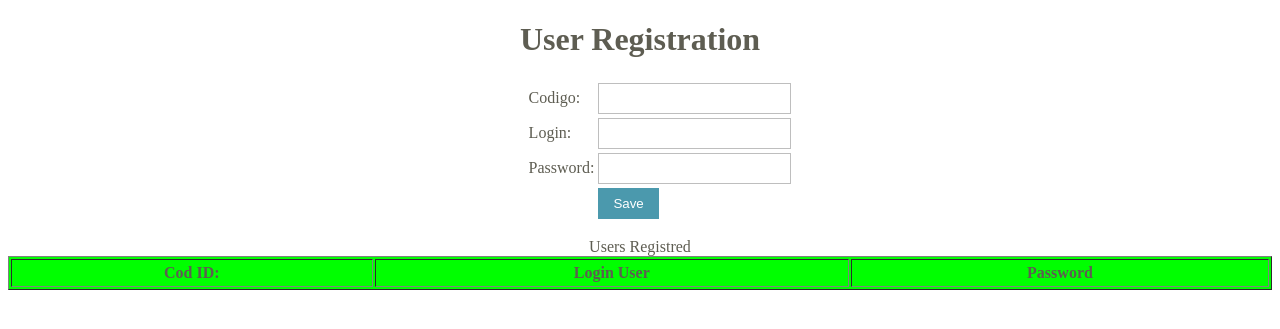
Repository: ViniciusBeletella/project-jsp
Page: http://localhost/project-jsp/userRegistration.jsp
The author's editor kept a copy of each file at every save. The page is drawn from the files as they stood at one save, then again after the next save.
The browser window is 1280 px wide. The pictures show the whole page.
The page is served by Tomcat 9. Other server files are loaded and not shown.

Above is the page before, as saved 2019-12-20 23:46:46.

### project-jsp/WebContent/userRegistration.jsp
<%@ page language="java" contentType="text/html; charset=UTF-8"
	pageEncoding="UTF-8"%>
<%@ taglib uri="http://java.sun.com/jsp/jstl/core" prefix="c"%>
<!DOCTYPE html>
<html>
<head>
<meta charset="UTF-8">
<title>User Registration</title>
<link rel="stylesheet" href="resources/css/registration.css">
</head>
<body>

	<center>
		<h1>User Registration</h1>
	</center>
	</tr>
	<tr></tr>
	<tr>
		<center>
			<form action="saveUser" method="post">
				<ul class="form-style-1">
					<li>
						<table>
							<tr>
								<td>Codigo:</td>
								<td><input type="text" readonly="readonly" id="id"
									name="id" value="${user.id}"></td>
							</tr>
							<tr>
								<td>Login:</td>
								<td><input type="text" id="login" name="login"
									value="${user.login}"></td>
							</tr>

							<tr>
								<td>Password:</td>
								<td><input type="password" id="password" name="password"
									value="${user.password}"></td>
							</tr>
							<tr>
								<td></td>
								<td><input type="submit" value="Save"></td>
							</tr>
						</table>
					</li>
				</ul>
			</form>
		</center>

		<table border="1" width="100%" height="100%" cellpadding="4"bgcolor="#00FF00">
				<caption>Users Registred</caption>
				<tr>
				<th>Cod ID:</th>
				<th>Login User</th>
				<th>Password</th>
			</tr>
			<c:forEach items="${users}" var="userL">
				<tr>
					<td style="width: 150px"><c:out value="${userL.id}"></c:out></td>
					<td style="width: 150px"><c:out value="${userL.login}"></c:out></td>
					<td style="width: 150px"><c:out value="${userL.password}"></c:out></td>
					<td><c:out value="${user.password}"></c:out></td>
					<td><a href="saveUser?acao=delete&user=${userL.login}">Delete</a>
					</td>
					<td><a href="saveUser?acao=edit&user=${userL.login}">Edit</a></td>

				</tr>

			</c:forEach>
		</table>

</body>
</html>

### project-jsp/WebContent/resources/css/registration.css

<style type="text/css">
.form-style-1 {
	margin:10px auto;
	max-width: 400px;
	text-align:center;
	padding: 20px 12px 10px 20px;
	font: 13px "Lucida Sans Unicode", "Lucida Grande", sans-serif;
}
.form-style-1 li {
	padding: 0;
	display: block;
	list-style: none;
	margin: 10px 0 0 0;
}
.form-style-1 label{
	margin:0 0 3px 0;
	padding:0px;
	text-align:center;
	display:block;
	font-weight: bold;
}
.form-style-1 input[type=text],
.form-style-1 input[type=password],
.form-style-1 input[type=date],
.form-style-1 input[type=datetime],
.form-style-1 input[type=number],
.form-style-1 input[type=search],
.form-style-1 input[type=time],
.form-style-1 input[type=url],
.form-style-1 input[type=email],
textarea,
select{
	box-sizing: border-box;
	-webkit-box-sizing: border-box;
	-moz-box-sizing: border-box;
	border:1px solid #BEBEBE;
	padding: 7px;
	margin:0px;
	-webkit-transition: all 0.30s ease-in-out;
	-moz-transition: all 0.30s ease-in-out;
	-ms-transition: all 0.30s ease-in-out;
	-o-transition: all 0.30s ease-in-out;
	outline: none;
}
.form-style-1 input[type=text]:focus,
.form-style-1 input[type=password]:focus,
.form-style-1 input[type=date]:focus,
.form-style-1 input[type=datetime]:focus,
.form-style-1 input[type=number]:focus,
.form-style-1 input[type=search]:focus,
.form-style-1 input[type=time]:focus,
.form-style-1 input[type=url]:focus,
.form-style-1 input[type=email]:focus,
.form-style-1 textarea:focus,
.form-style-1 select:focus{
	-moz-box-shadow: 0 0 8px #88D5E9;
	-webkit-box-shadow: 0 0 8px #88D5E9;
	box-shadow: 0 0 8px #88D5E9;
	border: 1px solid #88D5E9;
}
.form-style-1 .field-divided{
	width: 49%;
}

.form-style-1 .field-long{
	width: 100%;
}
.form-style-1 .field-select{
	width: 100%;
}
.form-style-1 .field-textarea{
	height: 100px;
}
.form-style-1 input[type=submit], .form-style-1 input[type=button]{
	background: #4B99AD;
	padding: 8px 15px 8px 15px;
	border: none;
	color: #fff;
}
.form-style-1 input[type=submit]:hover, .form-style-1 input[type=button]:hover{
	background: #4691A4;
	box-shadow:none;
	-moz-box-shadow:none;
	-webkit-box-shadow:none;
}
.form-style-1 .required{
	color:red;
}
$bp-maggie: 15em;
$bp-lisa: 30em;
$bp-bart: 48em;
$bp-marge: 62em;
$bp-homer: 75em;


* {
 @include box-sizing(border-box);

 &:before,
 &:after {
   @include box-sizing(border-box);
 }
}

body {
  font-family: $helvetica;
  color: rgba(94,93,82,1);
}

a {
  color: rgba(51,122,168,1);

  &:hover,
  &:focus {
    color: rgba(75,138,178,1);
  }
}






.flat-table {
  display: block;
  font-family: sans-serif;
  margin-left: auto;
  margin-right: auto;
  -webkit-font-smoothing: antialiased;
  font-size: 115%;
  overflow: auto;
  width: auto;

  th {
    background-color: rgb(112, 196, 105);
    color: white;
    font-weight: normal;
    padding: 20px 30px;
    text-align: center;
  }
  td {
    background-color: rgb(238, 238, 238);
    color: rgb(111, 111, 111);
    padding: 20px 30px;

  }
}
}

After the next save:
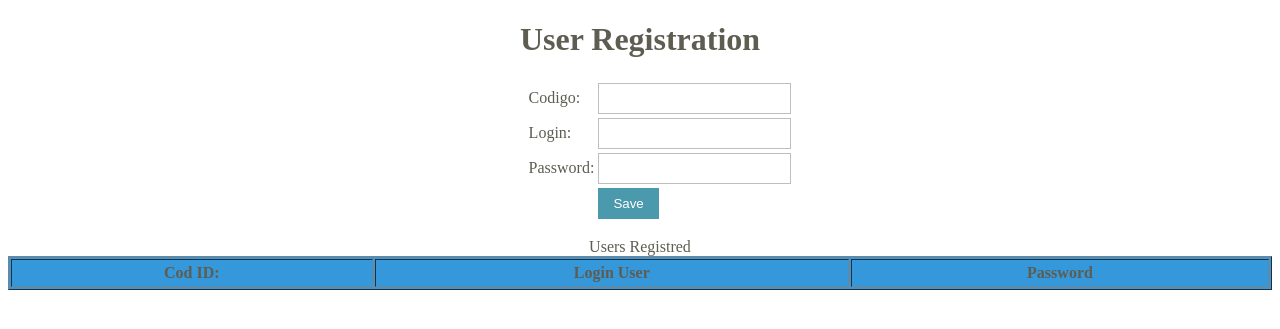
Saved 53 s later.
--- a/project-jsp/WebContent/userRegistration.jsp
+++ b/project-jsp/WebContent/userRegistration.jsp
@@ -47,7 +47,7 @@
 			</form>
 		</center>
 
-		<table border="1" width="100%" height="100%" cellpadding="4"bgcolor="#00FF00">
+		<table border="1" width="100%" height="100%" cellpadding="4"bgcolor="#3498DB">
 				<caption>Users Registred</caption>
 				<tr>
 				<th>Cod ID:</th>
